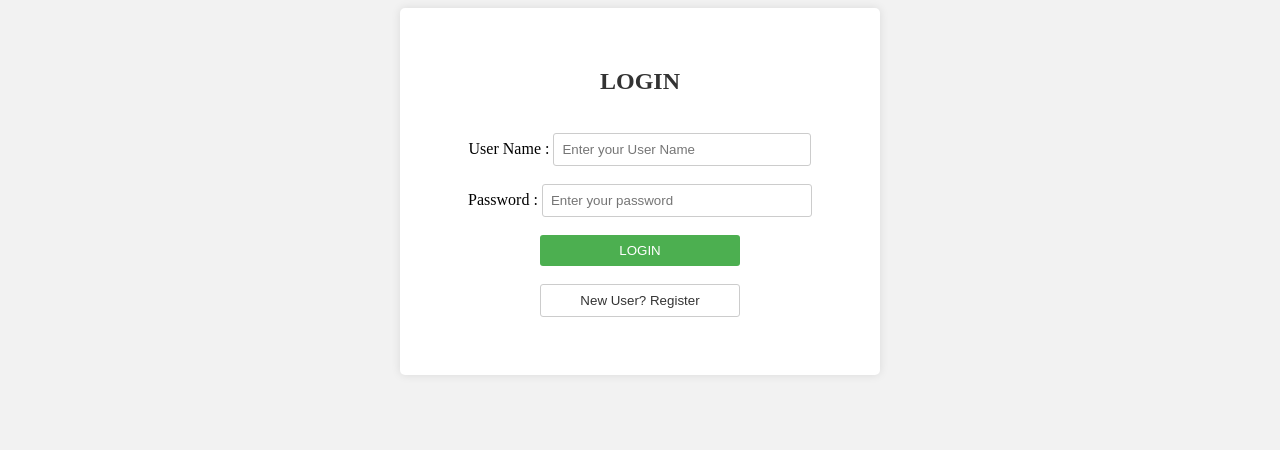
Repository: mansistic-0n3/Java_IGT
Page: Java Project/BankJSP/src/main/webapp/login.html
These files come from the project's save history. The page is drawn as it stood at one moment and after the next save; the edit follows.
The browser window is 1280 px wide. The pictures show the whole page.

Above is the page before, as saved 2023-06-30 05:33:06.

After the next save:
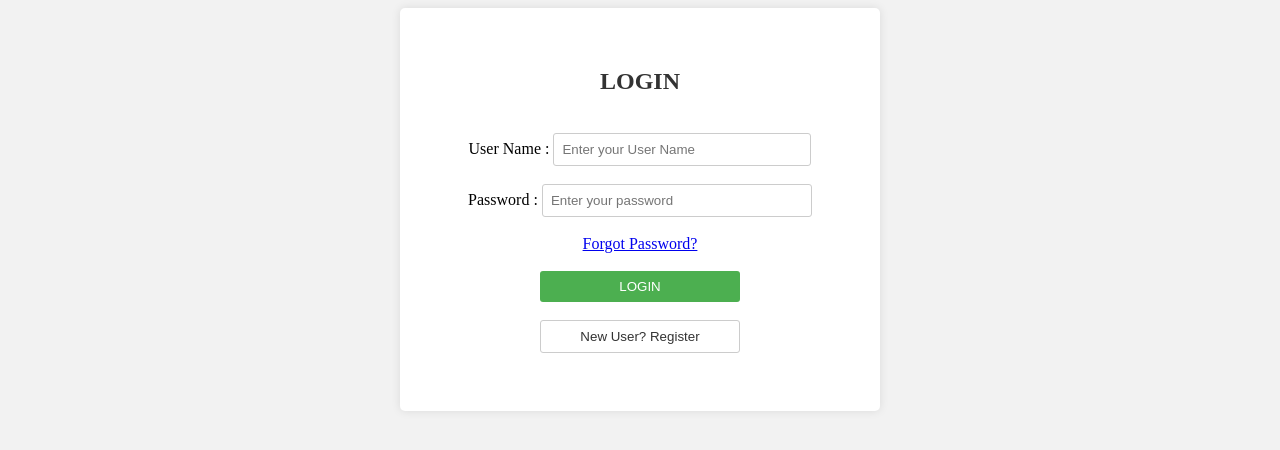
Saved 74 s later.
--- a/Java Project/BankJSP/src/main/webapp/login.html
+++ b/Java Project/BankJSP/src/main/webapp/login.html
@@ -12,6 +12,7 @@
       <br><br>
         Password : <input type="password" name="pass" placeholder="Enter your password" style="width: 63%; padding: 8px; border-radius: 3px; border: 1px solid #cccccc;">
       <br><br>
+      <a href='Home.html'>Forgot Password?<br><br></a>
         <button type="submit" style="width: 50%; padding: 8px; border-radius: 3px; border: none; background-color: #4CAF50; color: #ffffff; cursor: pointer;">LOGIN</button>
       </form><br><form action="regi.html">
         <input type="submit" value="New User? Register" style="width: 50%; padding: 8px; border-radius: 3px; border: 1px solid #cccccc; background-color: #ffffff; color: #333333; cursor: pointer;">
